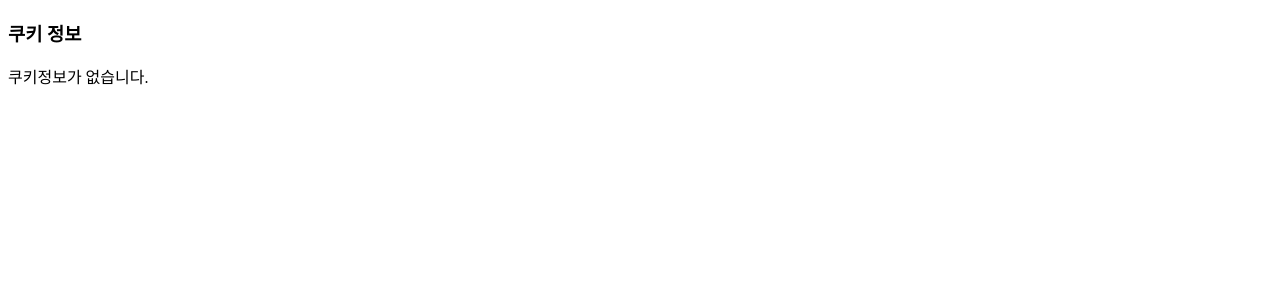
Repository: j-hee-98/Servlet-JSP
Page: http://localhost/step02_JSP/cookies/cookieGet.jsp
The author's editor kept a copy of each file at every save. The page is drawn from the files as they stood at one save, then again after the next save.
The browser window is 1280 px wide. The pictures show the whole page.
The page is served by Tomcat 9. Other server files are loaded and not shown.

Above is the page before, as saved 2025-04-16 02:02:12.

### step02_JSP/src/main/webapp/cookies/cookieGet.jsp
<%@ page language="java" contentType="text/html; charset=UTF-8"
    pageEncoding="UTF-8"%>
<!DOCTYPE html>
<html>
<head>
<meta charset="UTF-8">
<title>Insert title here</title>
</head>
<body>
<h3>쿠키 정보</h3>
<%
	// 쿠키 정보 조회
	Cookie cookies [] = request.getCookies();

	if (cookies == null) {
		out.println("쿠키정보가 없습니다.");
	} else {
		out.println("쿠키 개수 = "+ cookies.length);
	}
%>
</body>
</html>

After the next save:
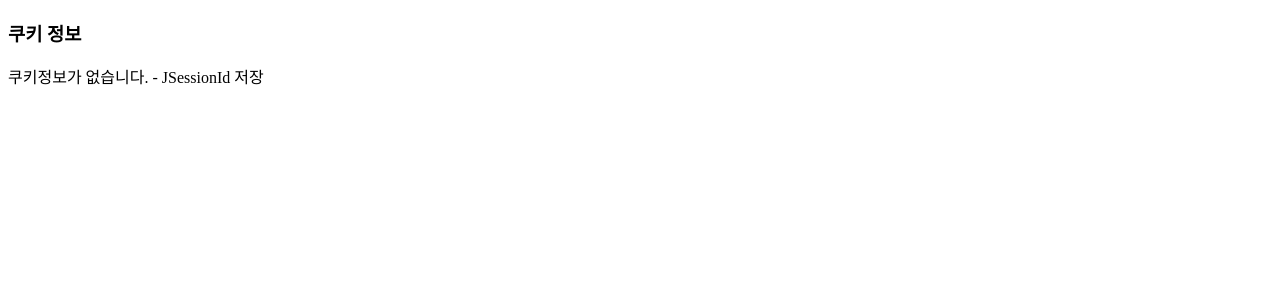
Saved 16 s later.
--- a/step02_JSP/src/main/webapp/cookies/cookieGet.jsp
+++ b/step02_JSP/src/main/webapp/cookies/cookieGet.jsp
@@ -13,7 +13,7 @@
 	Cookie cookies [] = request.getCookies();
 
 	if (cookies == null) {
-		out.println("쿠키정보가 없습니다.");
+		out.println("쿠키정보가 없습니다. - JSessionId 저장");
 	} else {
 		out.println("쿠키 개수 = "+ cookies.length);
 	}
